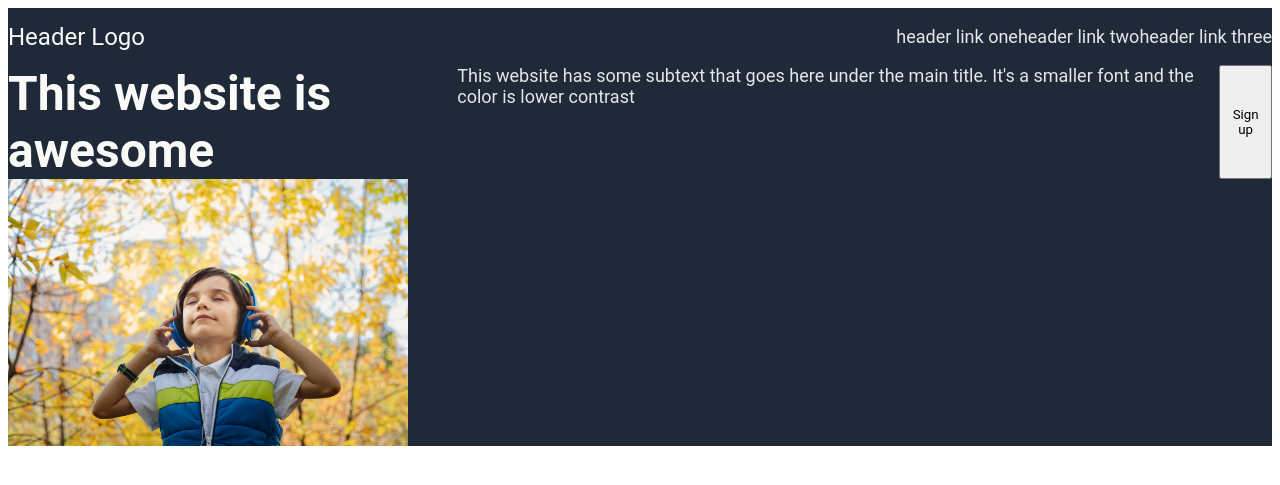
Repository: z1youRA/FirstWebsite
Page: index.html
The author's editor kept a copy of each file at every save. The page is drawn from the files as they stood at one save, then again after the next save.
The browser window is 1280 px wide. The pictures show the whole page.

Above is the page before, as saved 2021-11-25 17:09:15.

After the next save:
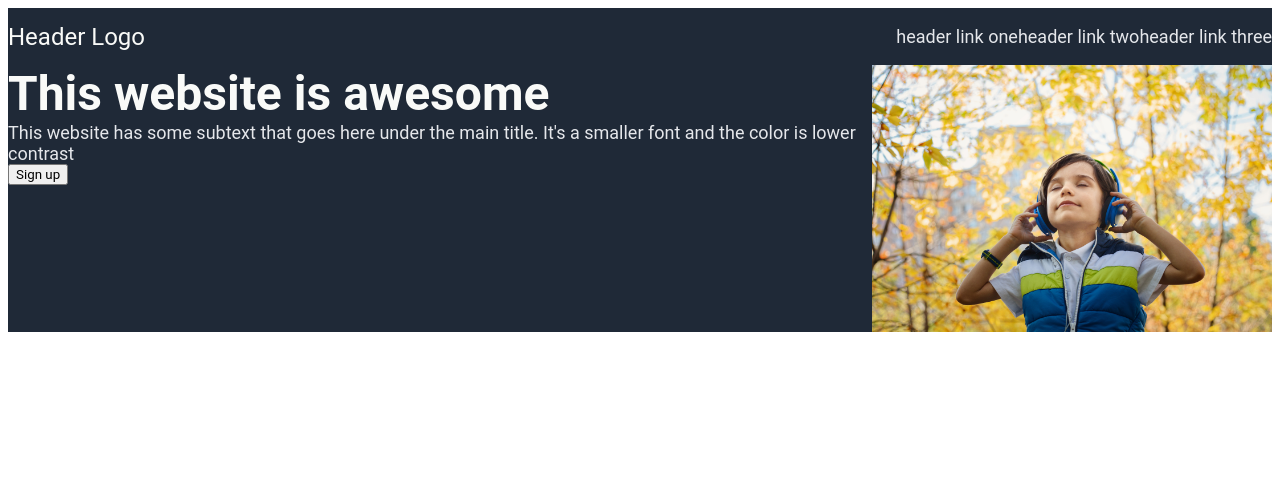
Saved 27 s later.
--- a/index.html
+++ b/index.html
@@ -18,11 +18,13 @@
                 </ul>
         </div>
         <div class="container">
-            <div class="main">This website is awesome</div>
-            <div class="secondary">This website has some subtext that goes here under the main title. It's a smaller font and the color is lower contrast</div>
-            <button>Sign up</button>
+            <div class="text">
+                <div class="main">This website is awesome</div>
+                <div class="secondary">This website has some subtext that goes here under the main title. It's a smaller font and the color is lower contrast</div>
+                <button>Sign up</button>
+            </div>
+            <img src="images/hero.jpg">
         </div>
-        <img src="images/hero.jpg">
     </div>
 
 </body>
